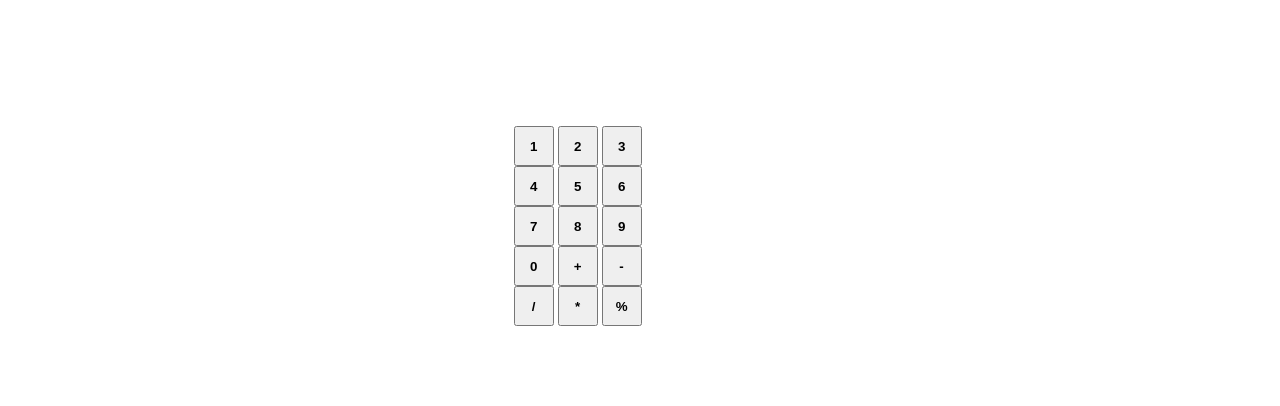
Repository: gautamsonam011/CMS
Page: http://localhost/calculator/
These files come from the project's save history. The page is drawn as it stood at one moment and after the next save; the edit follows.
The browser window is 1280 px wide. The pictures show the whole page.
The page is served by the project's application, run on Django 5.2 (manage.py). Other server files are loaded and not shown.

Above is the page before, as saved 2025-09-06 17:27:23.

### templates/calculator.html
<!DOCTYPE html>
<html lang="en">
<head>
    <meta charset="UTF-8">
    <meta name="viewport" content="width=device-width, initial-scale=1.0">
    <title>Calculator</title>
    <style>
        .cal{
            margin-top: 10%;
            margin-left: 40%;
        }
        .cal input{
            width:40px;
            height: 40px;
            text-shadow: black;
            font-weight: bold;
        }
    </style>
</head>
<body>
    <form action="" method="post">
        {% csrf_token %}
        <div class="cal">
            <input type="submit" name="btn1" value="1">
            <input type="submit" name="btn2" value="2">
            <input type="submit" name="btn3" value="3">
            <br/>
            <input type="submit" name="btn4" value="4">
            <input type="submit" name="btn5" value="5">
            <input type="submit" name="btn6" value="6">
            <br/>
            <input type="submit" name="btn7" value="7">
            <input type="submit" name="btn8" value="8">
            <input type="submit" name="btn9" value="9">
            <br/>
            <input type="submit" name="btn0" value="0">
            <input type="submit" name="btnsum" value="+">
            <input type="submit" name="btnsub" value="-">
            <br/>
            <input type="submit" name="btndiv" value="/">
            <input type="submit" name="btnmult" value="*">
            <input type="submit" name="btnmod" value="%">

            {% for i in res %}

            {% endfor %}
        </div>

    </form>
</body>
</html>

### CMS/views.py
# Here write your logical code
# This is a business logic layer
from django.http import HttpResponse
from django.shortcuts import render

def client_request_response(request):
    return HttpResponse("<h1>Hello Django Project</h1>")

def request_add_two_numbers(request):
    return HttpResponse("<h1>Add two numbers and sum = 78 </h1>")

def request_message(request):
    return HttpResponse("<h1>'Message type content' refers to either the actual data or text within a message (the content of the message) or, in a technical context, the definition of the structure and type of data a message can hold, such as MIME message types, SAP message types, or message types in programming languages like Java. The specific meaning depends on whether you're talking about the message's substance or its programmatic definition and structure. </h1>")

def my_first_template(request):
    return render(request, 'firstfile.html')

def my_home_page(request):
    return render(request, 'home.html')

def my_about_page(request):
    if request.method == "POST":
        print(request.POST)

        name = request.POST.get("name")
        d = {
            'name': name
        }
        return render(request, "about.html", context=d)

# def my_about_page(request):
    # if request.method == "POST":
    #     print(request.POST)

    #     name = request.POST.get("name")
    #     d = {
    #         'name': name
    #     }
    #     return render(request, "about.html", context=d)

    # # Handle GET request
    # return render(request, "about.html")

def calculator_view(request):
    res = ""
    if request.method == "POST":
        for i in range(10):
            btn = f"btn{i}"
            if btn in request.POST:
                res = str(i)

        if 'btnsum' in request.POST:
            res = "+"
        elif 'btnsub' in request.POST:
            res = "-"
        elif 'btnmult' in request.POST:
            res = "*"
        elif 'btndiv' in request.POST:
            res = "/"
        elif 'btnmod' in request.POST:
            res = "%"

    return render(request, "calculator.html", {"res": res})


def dtl_func(request):
    a = 67
    b = 87
    sum = a+b
    l = ["Python", "Java", "PHP", "C#","HTML"]

    student_name = ["Ram", "Ankit", "Raj", "Geeta", "Rita"]
    student_age = [14, 13, 15, 16, 14]
    student_address = ["Delhi", "Kanpur", "Pune", "Mumbai", "Kolkata"]

    students = zip(student_name, student_age, student_address)
    d = {
        'sum':sum,
        'techno': l,
        'students': students,
        }
    return render(request, 'dtl.html', d)

### CMS/urls.py

from django.contrib import admin
from django.urls import path
from . import views

urlpatterns = [
    path('admin/', admin.site.urls),
    path("client/", views.client_request_response),
    path("add/", views.request_add_two_numbers),
    path('message/', views.request_message),
    path('first/', views.my_first_template),
    path('home/', views.my_home_page),
    path('about/', views.my_about_page),
    path('calculator/', views.calculator_view),
    path('dtl/', views.dtl_func),
]

After the next save:
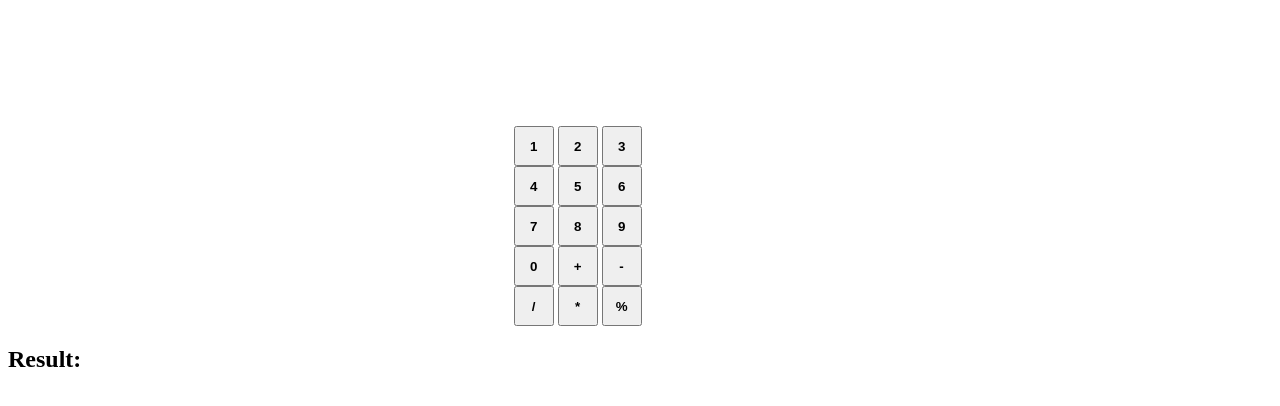
Saved 18 s later.
--- a/templates/calculator.html
+++ b/templates/calculator.html
@@ -2,23 +2,21 @@
 <html lang="en">
 <head>
     <meta charset="UTF-8">
-    <meta name="viewport" content="width=device-width, initial-scale=1.0">
     <title>Calculator</title>
     <style>
-        .cal{
+        .cal {
             margin-top: 10%;
             margin-left: 40%;
         }
-        .cal input{
-            width:40px;
+        .cal input {
+            width: 40px;
             height: 40px;
-            text-shadow: black;
             font-weight: bold;
         }
     </style>
 </head>
 <body>
-    <form action="" method="post">
+    <form method="post">
         {% csrf_token %}
         <div class="cal">
             <input type="submit" name="btn1" value="1">
@@ -40,12 +38,9 @@
             <input type="submit" name="btndiv" value="/">
             <input type="submit" name="btnmult" value="*">
             <input type="submit" name="btnmod" value="%">
+        </div>
+    </form>
 
-            {% for i in res %}
-
-            {% endfor %}
-        </div>
-
-    </form>
+    <h2>Result: {{ res }}</h2>
 </body>
 </html>
